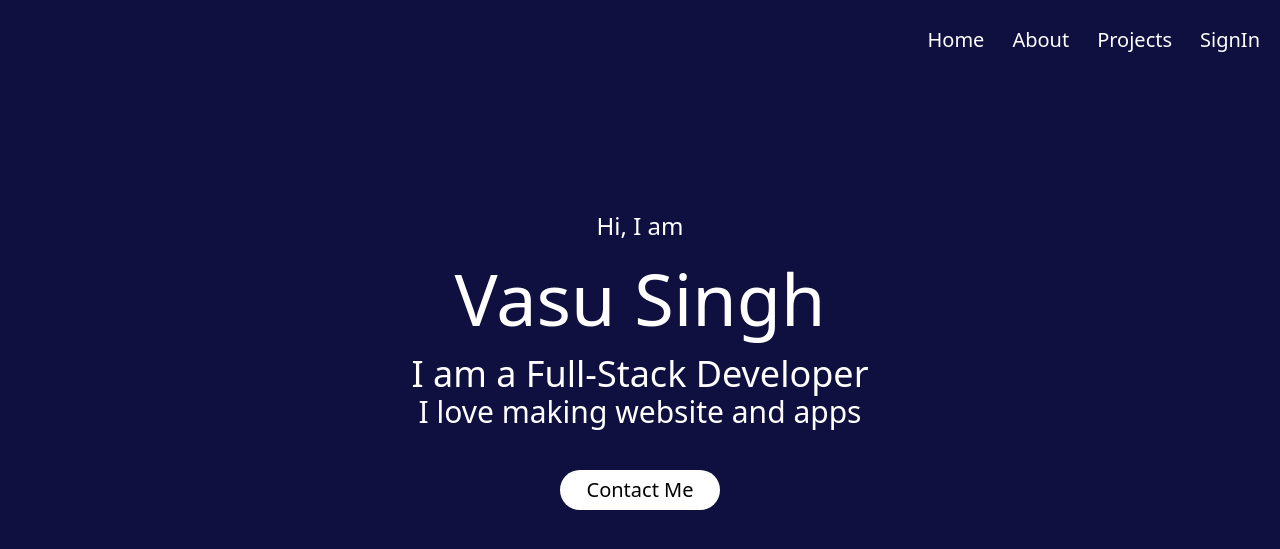
Repository: vasucp1207/vasuDev
Page: /
An editor plug-in stored every save of this project. The page is shown before and after a run of saves, followed by the edit.
The browser window is 1280 px wide. The pictures show the whole page.
The project was rebuilt for these pictures with package versions that can differ from the ones it lists, and the page was loaded fresh each time. The framework's server and built-in components were replaced by stand-ins that run in the browser. Also part of the build but not shown: next.config.js.

Above is the page before, as saved 2022-07-17 23:37:52.

### pages/index.tsx
import type { NextPage } from 'next'
import Head from 'next/head'
import Hero from './Hero'
import Navbar from './Navbar'

const Home: NextPage = () => {
  return (
    <div className="p-0 m-0 bg-darkB text-white">
      <Head>
        <title>Create Next App</title>
      </Head>

      <Navbar />
      <Hero />
    </div>
  )
}

export default Home

### pages/Hero.tsx
import React from 'react'

function Hero() {
  return (
    <div className='h-screen bg-darkB'>
        <div className='text-white flex flex-col justify-center items-center h-screen'>
            <p className='text-2xl'>Hi, I am</p>
            <h1 className='mt-5 text-7xl'>Vasu Singh</h1>
            <h3 className='mt-5 text-4xl'>I am a Full-Stack Developer</h3>
            <h4 className='text-3xl'>I love making website and apps</h4>
            <button className='hover:text-white transition-all 200 hover:bg-green-400 mt-10 bg-white text-black h-10 w-40 outline-none rounded-full text-xl'>Contact Me</button>
        </div>
    </div>
  )
}

export default Hero

### pages/Navbar.tsx
import React from 'react'

function Navbar() {
  return (
    <div className='h-20 w-screen absolute bg-transparent flex justify-end items-center'>
        <div className='flex space-x-7 text-xl font-normal mr-5 items-center'>
            <p className='hover:text-green-400 cursor-pointer'>Home</p>
            <p className='hover:text-green-400 cursor-pointer'>About</p>
            <p className='hover:text-green-400 cursor-pointer'>Projects</p>
            <p className='hover:text-green-400 cursor-pointer'>SignIn</p>
        </div>
    </div>
  )
}

export default Navbar

### tailwind.config.js
/** @type {import('tailwindcss').Config} */
module.exports = {
  content: [
    './pages/**/*.{js,ts,jsx,tsx}',
    './components/**/*.{js,ts,jsx,tsx}',
  ],
  theme: {
    extend: {
      colors: {
        darkB: 'rgba(15, 16, 63, 1)'
      }
    },
  },
  plugins: [],
}

Loaded but not shown: pages/_app.tsx (common file); styles/globals.css (common file)

After the next 2 saves:
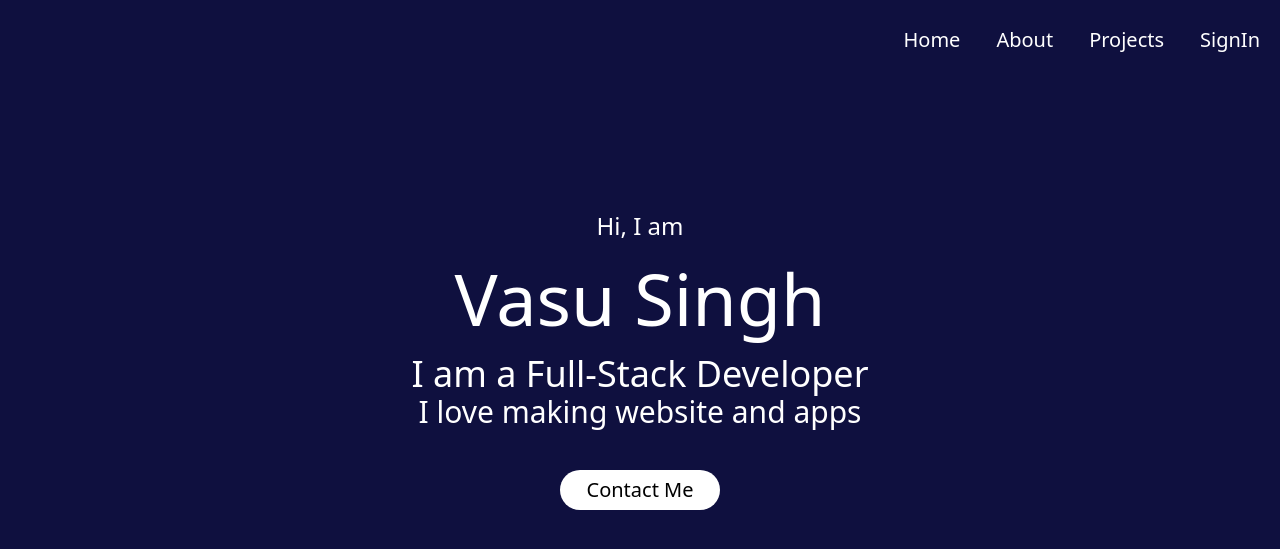
The 2 saves are shown as one change because they came seconds apart.
The last was saved 16 s later.
--- a/pages/Navbar.tsx
+++ b/pages/Navbar.tsx
@@ -3,7 +3,7 @@ import React from 'react'
 function Navbar() {
   return (
     <div className='h-20 w-screen absolute bg-transparent flex justify-end items-center'>
-        <div className='flex space-x-7 text-xl font-normal mr-5 items-center'>
+        <div className='flex space-x-9 text-xl font-normal mr-5 items-center'>
             <p className='hover:text-green-400 cursor-pointer'>Home</p>
             <p className='hover:text-green-400 cursor-pointer'>About</p>
             <p className='hover:text-green-400 cursor-pointer'>Projects</p>
